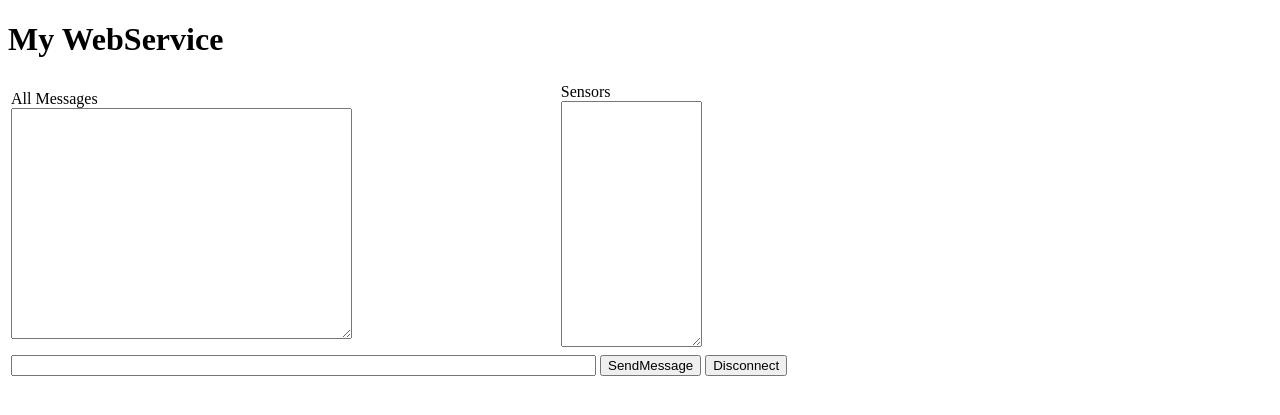
Repository: malekbenz/chatApplicationJavaWS
Page: ChatApplication/WebContent/Index.html
These files come from the project's save history. The page is drawn as it stood at one moment and after the next save; the edit follows.
The browser window is 1280 px wide. The pictures show the whole page.

Above is the page before, as saved 2021-02-03 18:39:32.

After the next save:
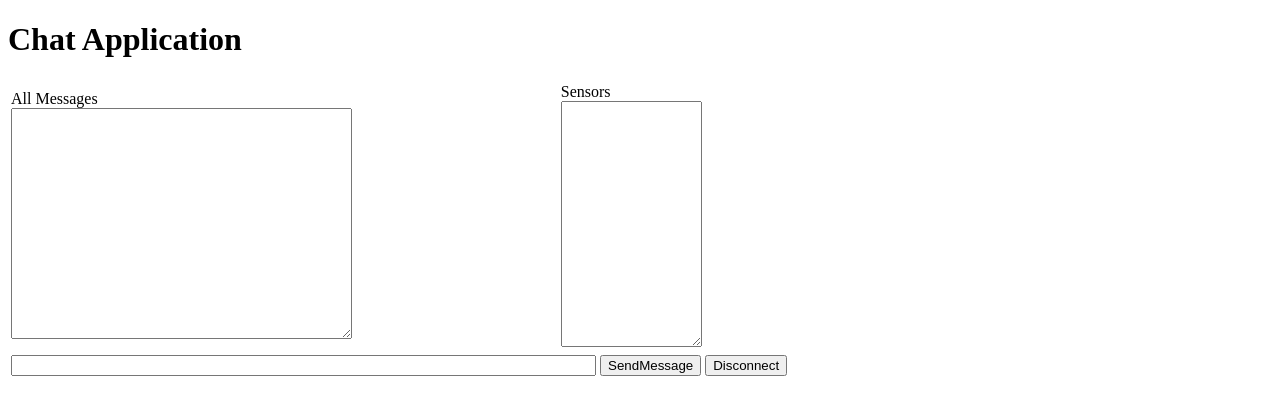
Saved 15 s later.
--- a/ChatApplication/WebContent/Index.html
+++ b/ChatApplication/WebContent/Index.html
@@ -6,7 +6,7 @@
 </head>
 <body>
 
-	<h1>My WebService</h1>
+	<h1>Chat Application</h1>
 
 	<form action="">
 		<table>
